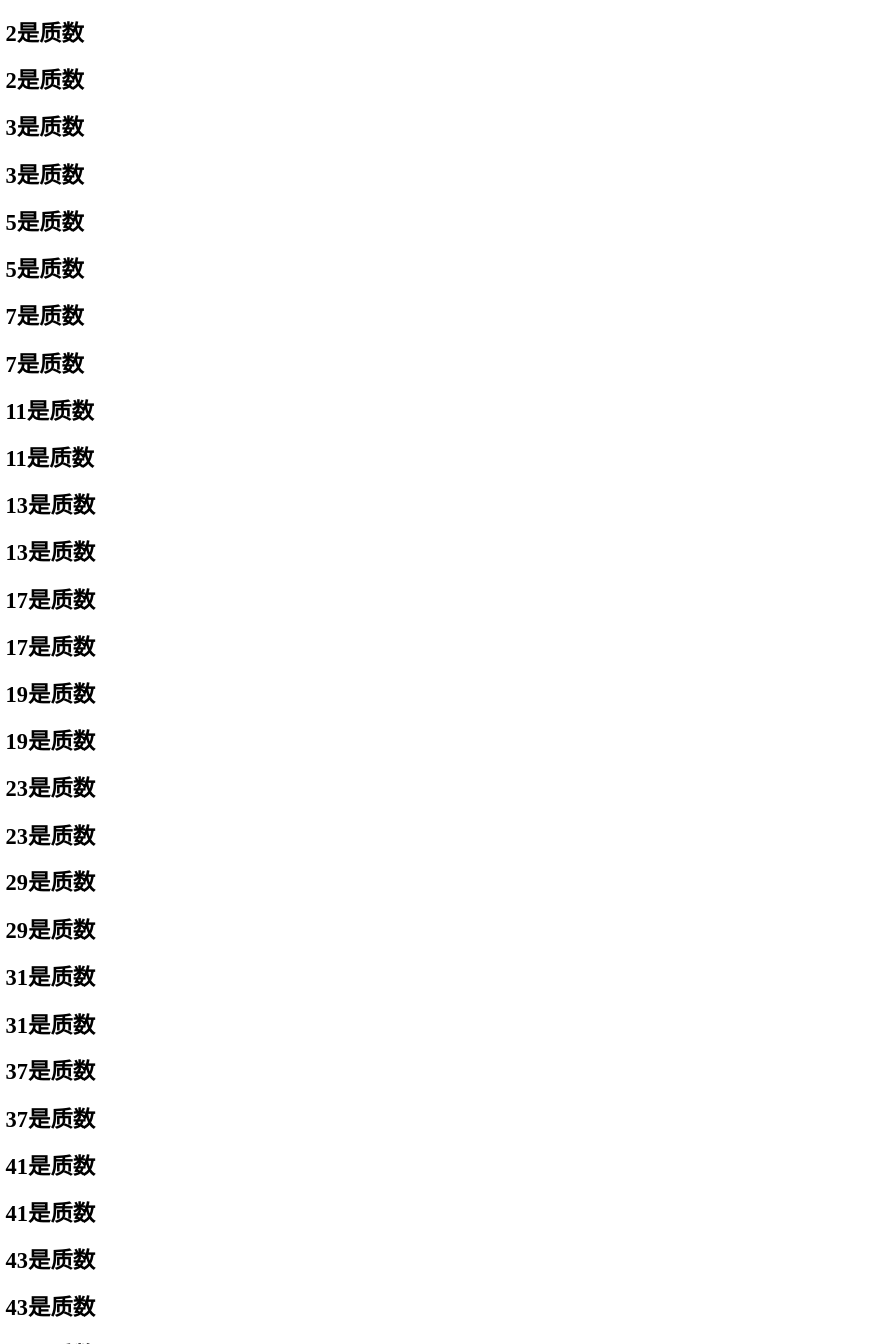
Repository: PeiroJack/eclipse-workspace
Page: http://localhost/MyJsp/prime.jsp
These files come from the project's save history. The page is drawn as it stood at one moment and after the next save; the edit follows.
The browser window is 1280 px wide. The pictures show the part of the page from y = 0 to 1920 px (the page is 22680 px tall), at 70% of full size.
The page is served by Tomcat 9.

Above is the page before, as saved 2020-03-13 16:44:11.

### MyJsp/WebContent/prime.jsp
<%@ page import="java.util.*,java.text.*" language="java"
	contentType="text/html; charset=UTF-8" pageEncoding="UTF-8"%>
<!DOCTYPE html>
<html>
<head>
<meta charset="UTF-8">
<title>Insert title here</title>
</head>
<body>
	<%!boolean isPrime(int num) {
		boolean flag = true;
		for (int j = 2; j < num; j++) {
			if (num % j == 0) {
				flag = false;
				break;
			}
		}
		return flag;
	}%>
	<%
		List<Integer> primes = new ArrayList();
		for (int i = 2; i <= 1000; i++) {
			if (isPrime(i) == true) {
				//out.println("<h1>" + i + "</h1>");
				primes.add(i);
			}
		}
	%>
	<%
		for (int p : primes) {
	%>
	<h1><%=p%>是质数</h1>
	<%
		out.println("<h1>" + p + "是质数</h1>");
		}
	%>
</body>
</html>

After the next save:
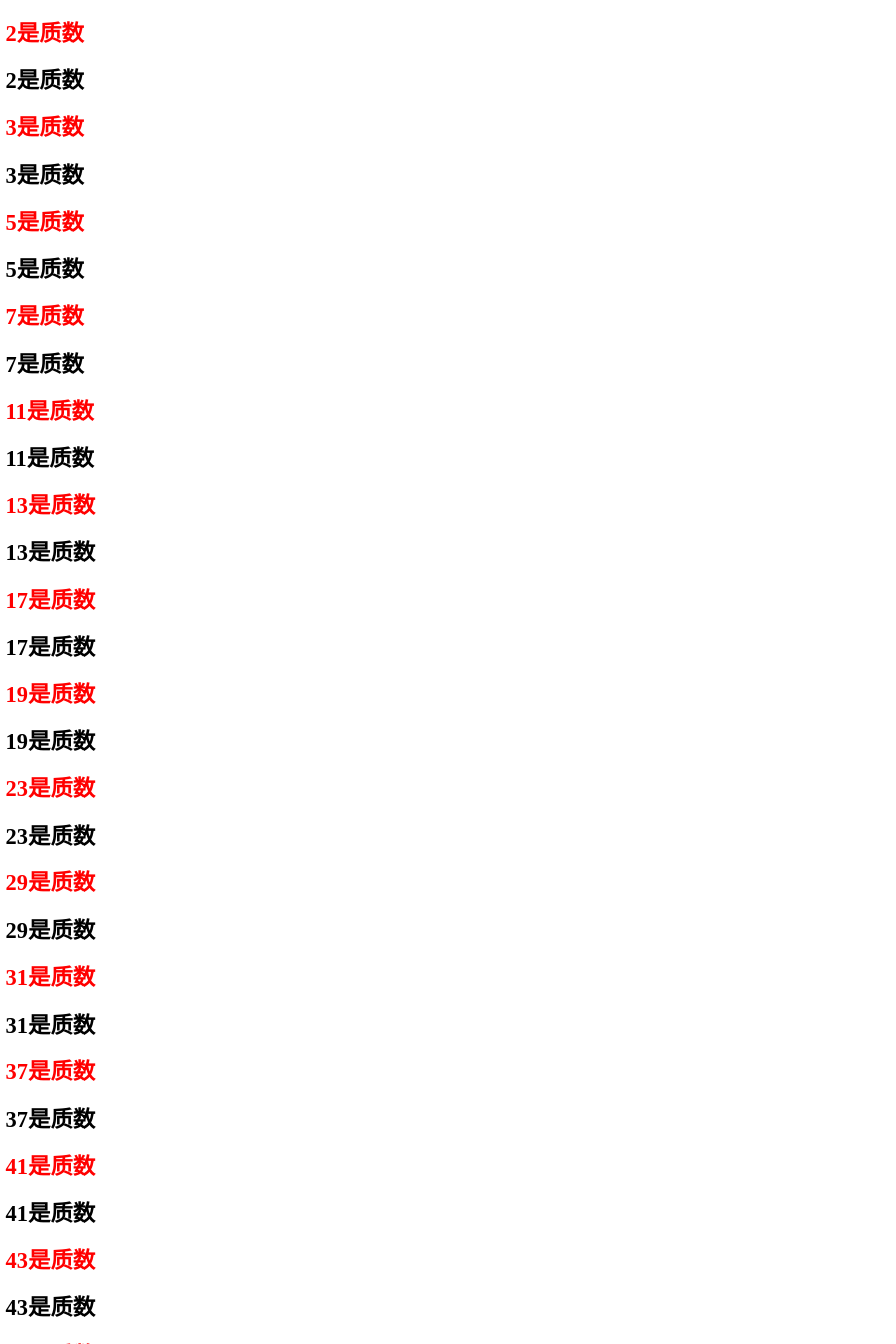
Saved 43 s later.
--- a/MyJsp/WebContent/prime.jsp
+++ b/MyJsp/WebContent/prime.jsp
@@ -29,7 +29,7 @@
 	<%
 		for (int p : primes) {
 	%>
-	<h1><%=p%>是质数</h1>
+	<h1 style="color: red;"><%=p%>是质数</h1>
 	<%
 		out.println("<h1>" + p + "是质数</h1>");
 		}
